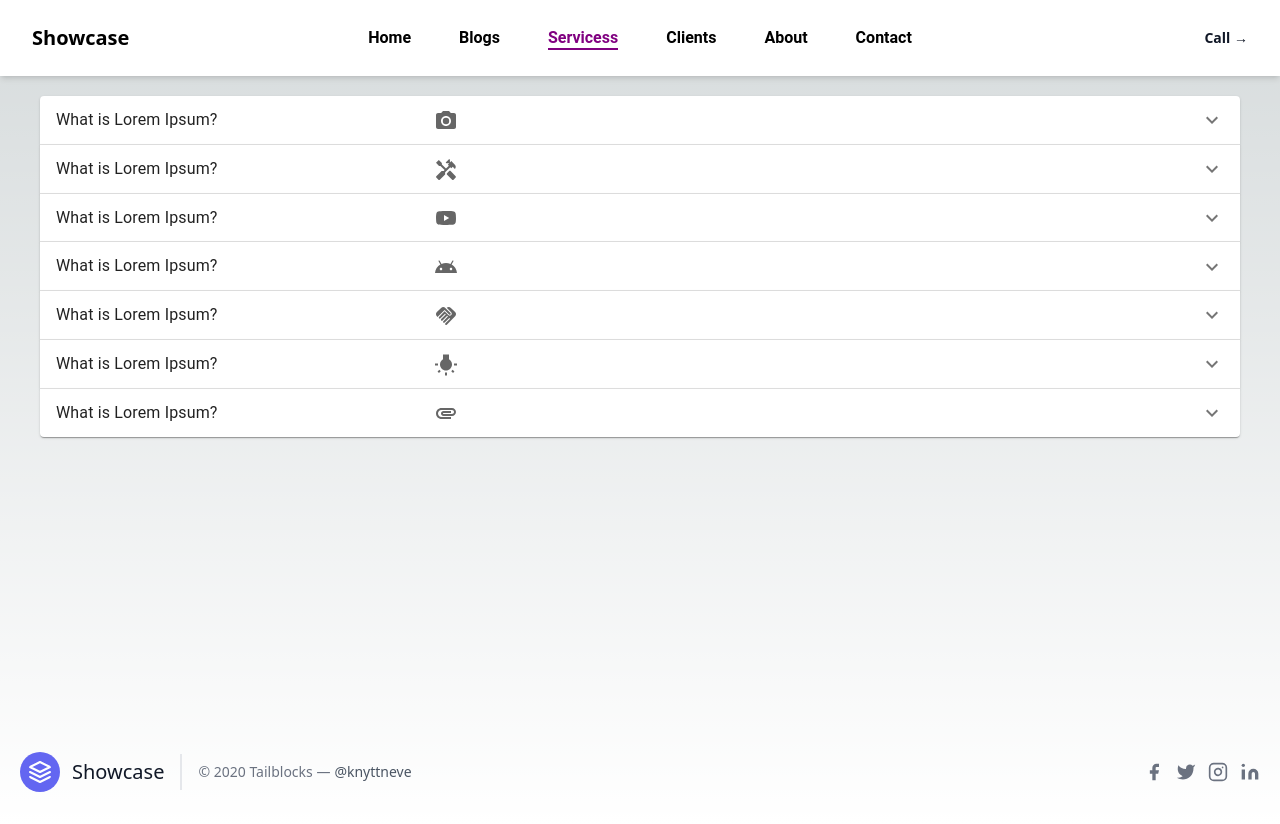
Repository: prashant523580/showcase
Page: /services
These files come from the project's save history. The page is drawn as it stood at one moment and after the next save; the edit follows.
The browser window is 1280 px wide. The pictures show the whole page.
The project was rebuilt for these pictures with package versions that can differ from the ones it lists, and the page was loaded fresh each time. The framework's server and built-in components were replaced by stand-ins that run in the browser. Also part of the build but not shown: next.config.js.

Above is the page before, as saved 2023-03-25 18:10:57.

After the next save:
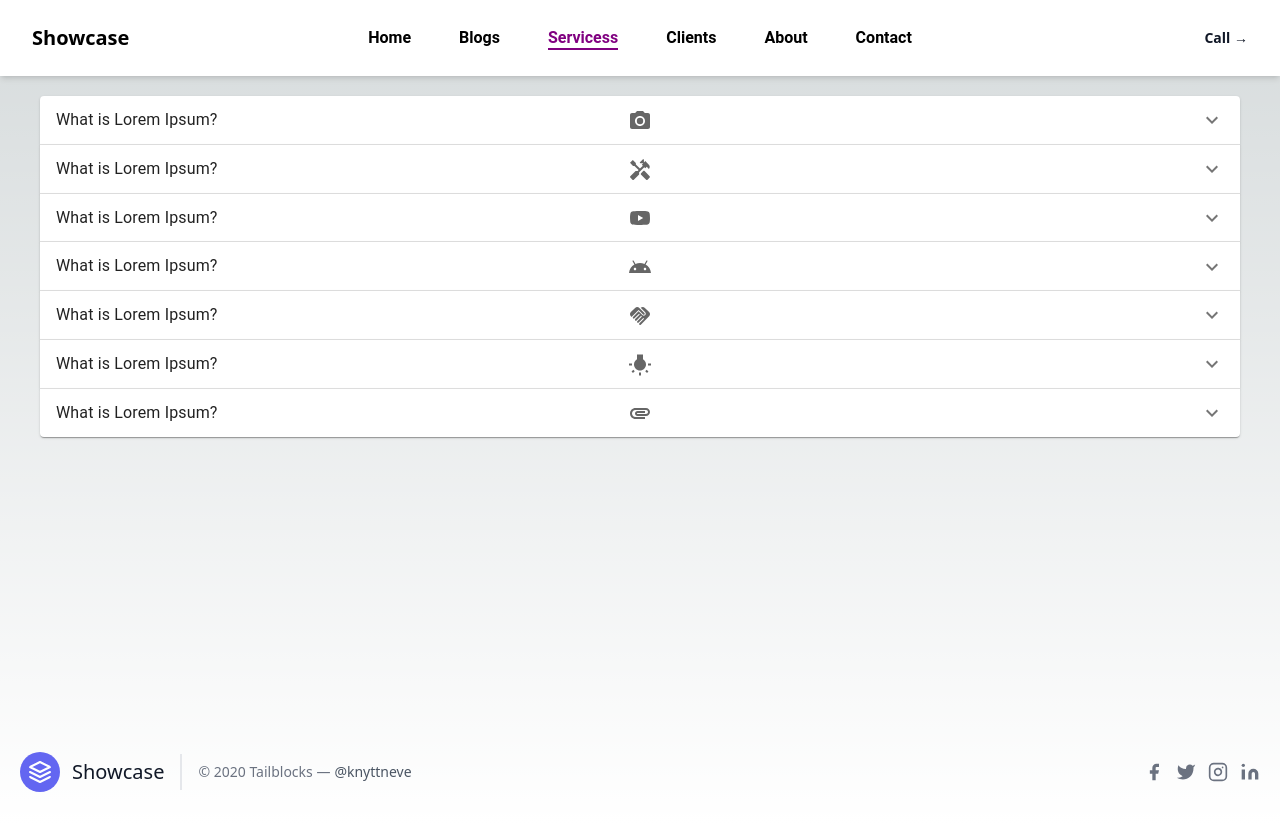
Saved 2 min 39 s later.
--- a/src/pages/services.tsx
+++ b/src/pages/services.tsx
@@ -76,7 +76,7 @@ export default function Sercices() {
                     aria-controls="panel1bh-content"
                     id="panel1bh-header"
                     >
-                    <Typography sx={{ width: '33%', flexShrink: 0 }}>
+                    <Typography sx={{ width: '50%', flexShrink: 0 }}>
                         {service.label}
                     </Typography>
                     <Typography sx={{ color: 'text.secondary' }}>{service.icon}</Typography>
